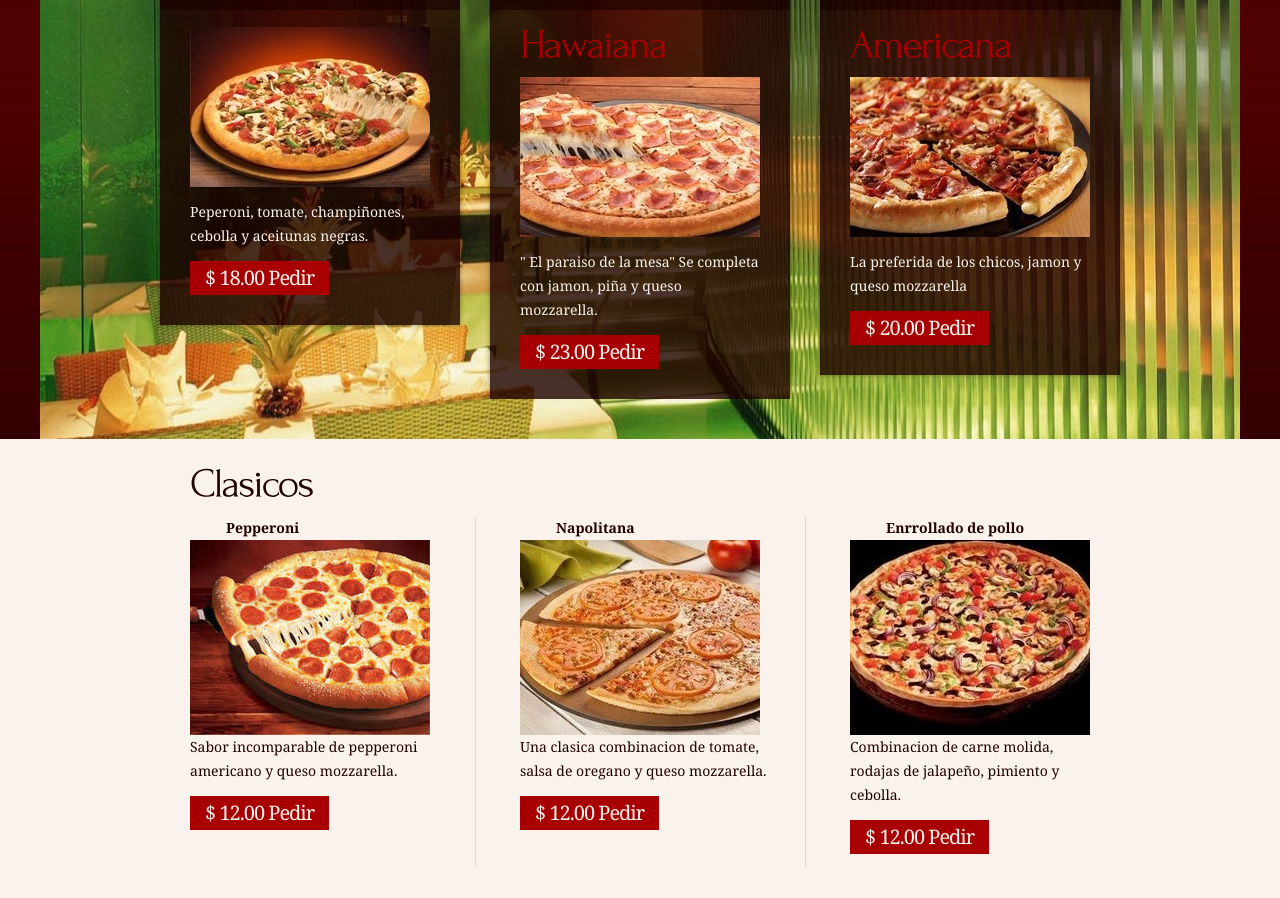
Repository: ProSoft-PDSI/sdsddo
Page: http://localhost/sdsr/Pizza
An editor plug-in stored every save of this project. The page is shown before and after the next save, followed by the edit.
The browser window is 1280 px wide. The pictures show the whole page.
The page is served by Tomcat 9. Queries for data that is not in the repository find no rows.

Above is the page before, as saved 2014-07-20 04:14:46.
Console error: TypeError: Cannot read properties of undefined (reading 'appendTo')

After the next save:
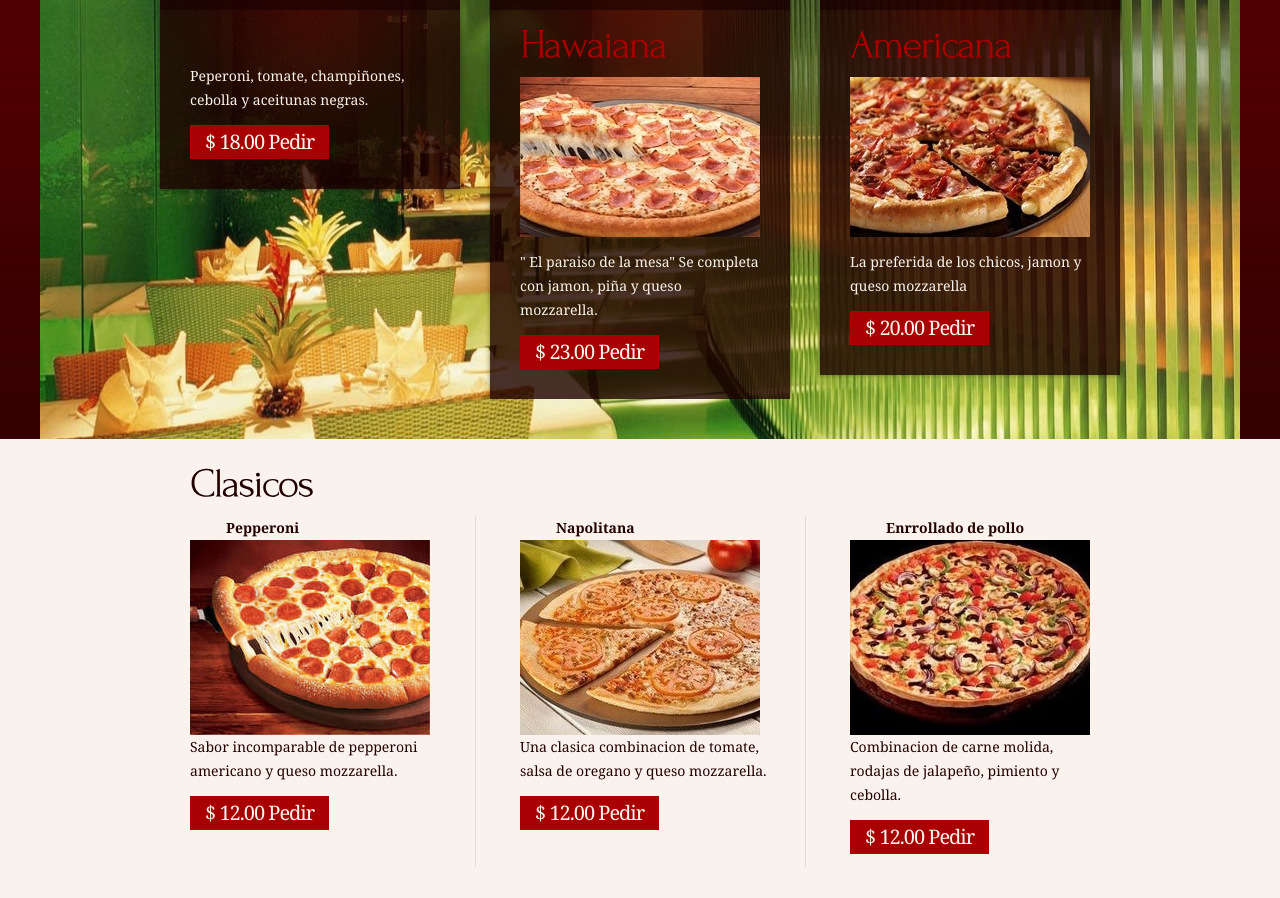
Saved 15 s later.
--- a/Web/sdsr/WebContent/Clasica.jsp
+++ b/Web/sdsr/WebContent/Clasica.jsp
@@ -19,7 +19,7 @@
 						<div class="box">
 							<div>
 								<h2 class="letter_spacing"><c:out value="${i.nombre}"></c:out></h2>
-								<figure><img src="images/clas_1.jpg" alt="" ></figure>
+								<figure><img src="${i.imagen}" alt="" ></figure>
 								<p class="pad_bot1"> Peperoni, tomate, champiñones, cebolla y aceitunas negras.</p>
 								<a href="#" class="button1">$ 18.00 Pedir</a>
 							</div>
